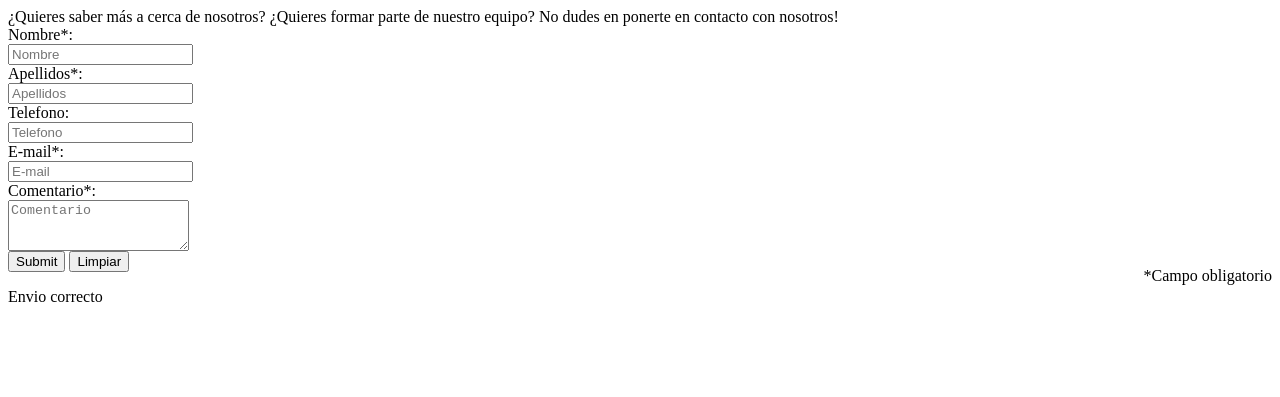
Repository: DiegoGodoy/atletiblue
Page: app/views/contacto.html
The author's editor kept a record of every edit. The page is drawn from the files as they stood at one moment, then again after the next edit.
The browser window is 1280 px wide. The pictures show the whole page.

Above is the page before.

After the next edit:
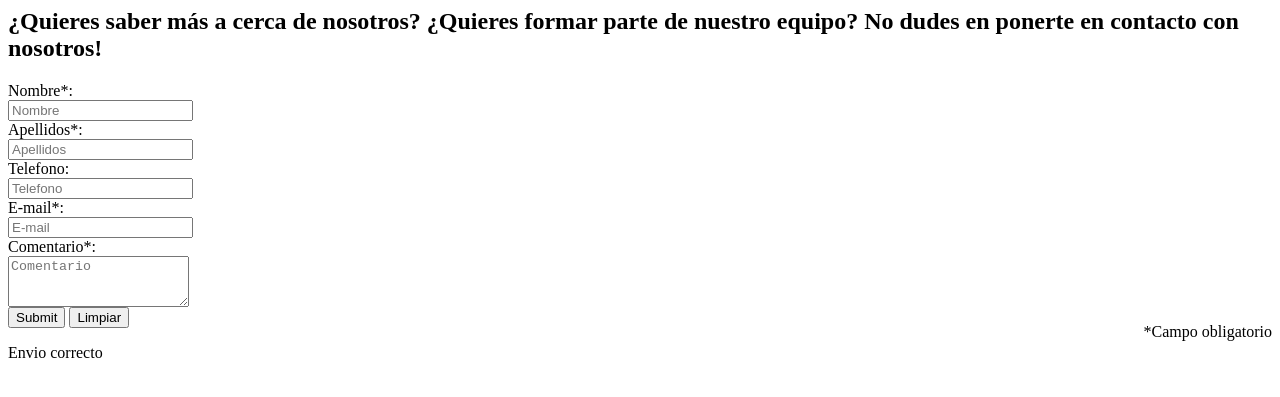
The edit:
--- a/app/views/contacto.html
+++ b/app/views/contacto.html
@@ -5,7 +5,7 @@
                 <div class="panel">
                     <div class="panel-body">
                         <div>
-                        <h2></h2> ¿Quieres saber más a cerca de nosotros? ¿Quieres formar parte de nuestro equipo? No dudes en ponerte en contacto con nosotros!</h2>
+                        <h2>¿Quieres saber más a cerca de nosotros? ¿Quieres formar parte de nuestro equipo? No dudes en ponerte en contacto con nosotros!</h2>
                         </div>
 
                         <div>
